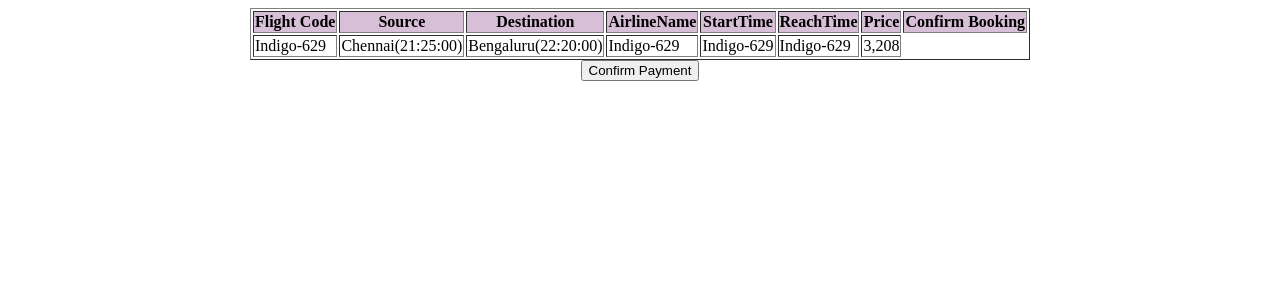
Repository: KanimozhiThandapani/Phase2AirlineBookingProject
Page: http://localhost/AirlineBooking/bookedFlights.jsp
An editor plug-in stored every save of this project. The page is shown before and after the next save, followed by the edit.
The browser window is 1280 px wide. The pictures show the whole page.
The page is served by Tomcat 9.

Above is the page before, as saved 2022-04-26 07:51:29.

After the next save:
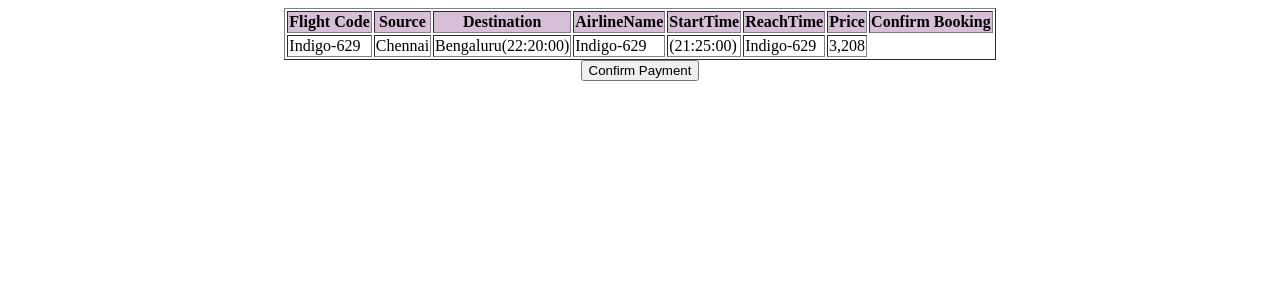
Saved 14 s later.
--- a/AirlineBooking/WebContent/bookedFlights.jsp
+++ b/AirlineBooking/WebContent/bookedFlights.jsp
@@ -25,10 +25,10 @@
 
    <tr>
                     <td>Indigo-629</td>
-					<td>Chennai(21:25:00)</td>
+					<td>Chennai</td>
 					<td>Bengaluru(22:20:00)</td>
 					<td>Indigo-629</td>
-					<td>Indigo-629</td>
+					<td>(21:25:00)</td>
 					<td>Indigo-629</td>
 					<td>3,208</td>
 	</tr>
